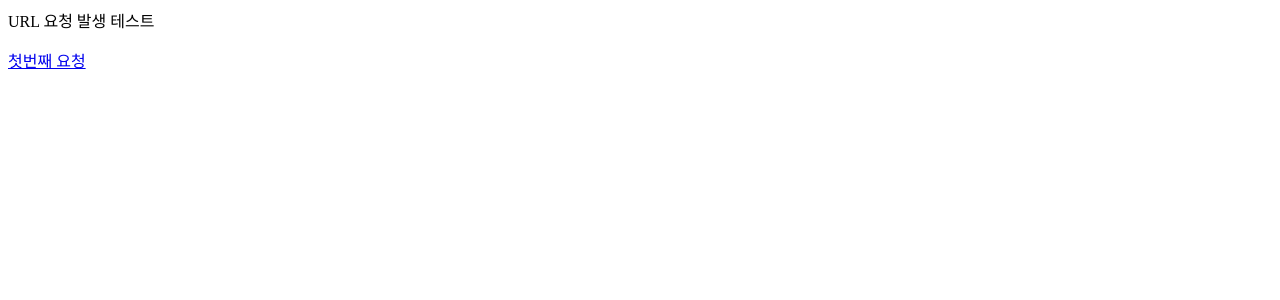
Repository: man332414/myJspStudy
Page: jsp_example/src/main/webapp/index.html
The author's editor kept a copy of each file at every save. The page is drawn from the files as they stood at one save, then again after the next save.
The browser window is 1280 px wide. The pictures show the whole page.

Above is the page before, as saved 2024-10-07 06:08:42.

### jsp_example/src/main/webapp/index.html
<!DOCTYPE html>
<html>
<head>
<meta charset="UTF-8">
<title>index</title>
</head>
<body>
	URL 요청 발생 테스트
	<p>
	<!-- Step 1. URL 만들기 -->
		<!-- http://localhost:8080/jsp_example/first -->
		<a href = "first"> 첫번째 요청</a>
	</p>
</body>
</html>

After the next save:
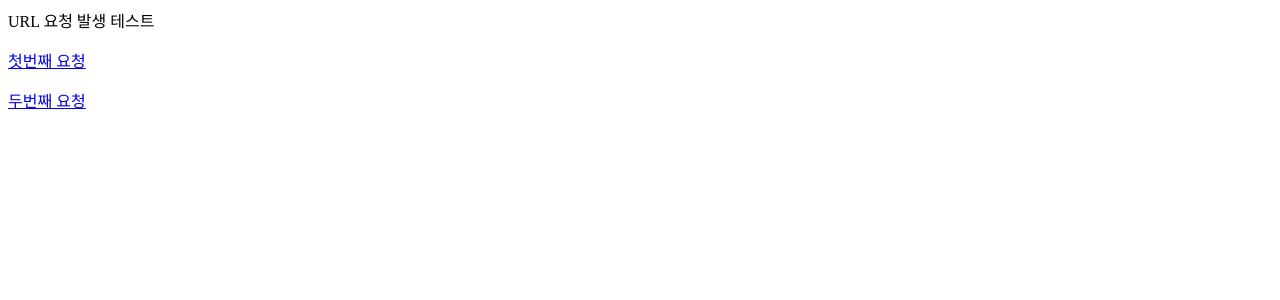
Saved 27 s later.
--- a/jsp_example/src/main/webapp/index.html
+++ b/jsp_example/src/main/webapp/index.html
@@ -11,5 +11,11 @@
 		<!-- http://localhost:8080/jsp_example/first -->
 		<a href = "first"> 첫번째 요청</a>
 	</p>
+		<p>
+	<!-- Step 1. URL 만들기 -->
+		<!-- http://localhost:8080/jsp_example/first -->
+		<a href = "second"> 두번째 요청</a>
+	</p>
+
 </body>
 </html>
